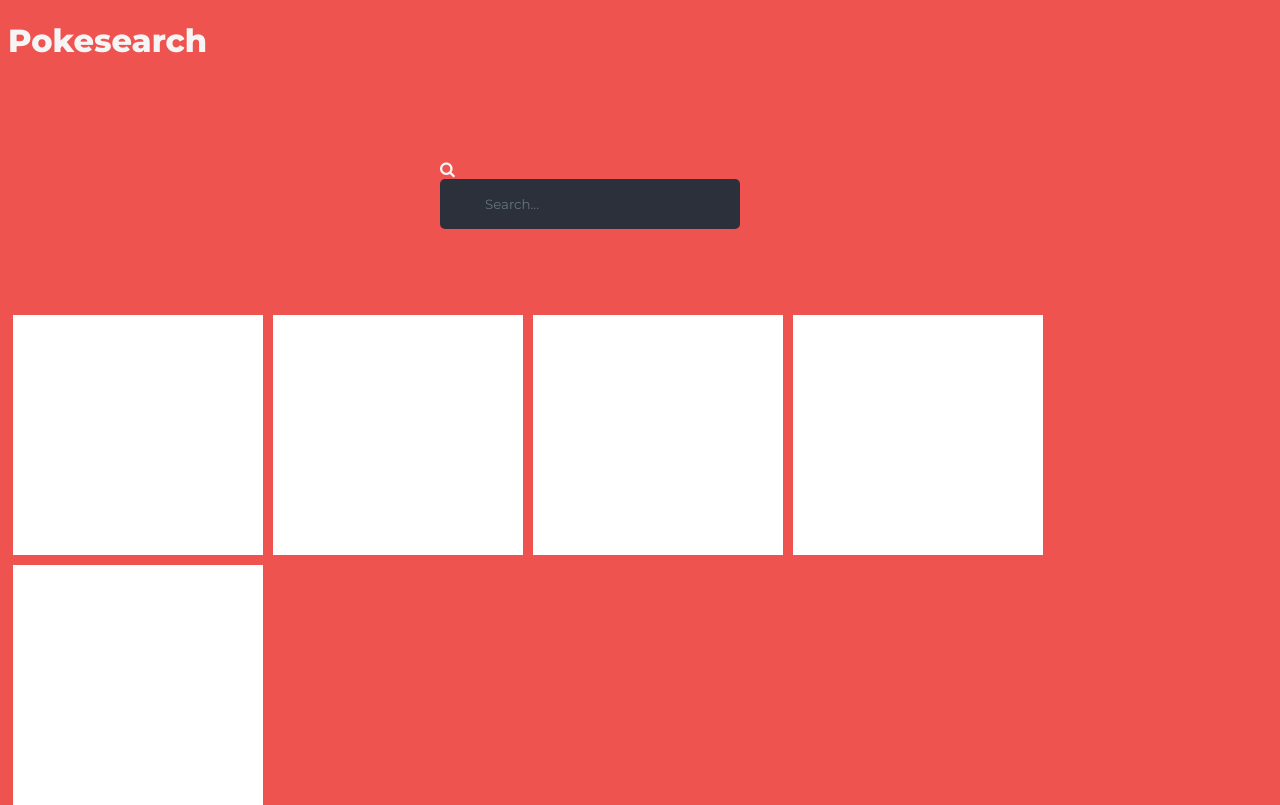
Repository: byjuliogomes/pokebyte
Page: index.html
An editor plug-in stored every save of this project. The page is shown before and after the next save, followed by the edit.
The browser window is 1280 px wide. The pictures show the whole page.
Some web libraries are served in a nearby version.

Above is the page before, as saved 2020-06-04 10:05:16.

After the next save:
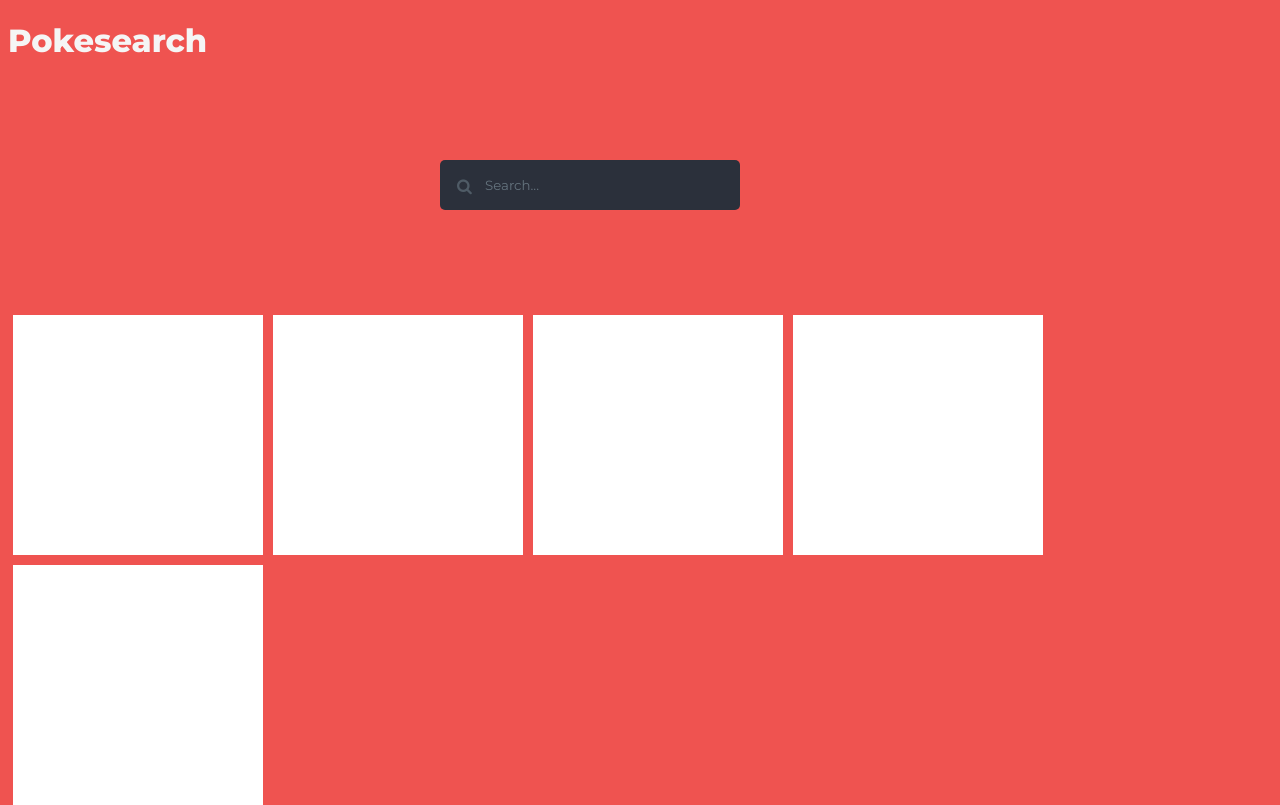
Saved 3 min 18 s later.
--- a/app.css
+++ b/app.css
@@ -67,3 +67,12 @@
  .container-1 input#search:-ms-input-placeholder {
     color: #65737e;
  }
+
+ .container-1 .icon{
+    position: absolute;
+    top: 50%;
+    margin-left: 17px;
+    margin-top: 17px;
+    z-index: 1;
+    color: #4f5b66;
+  }
